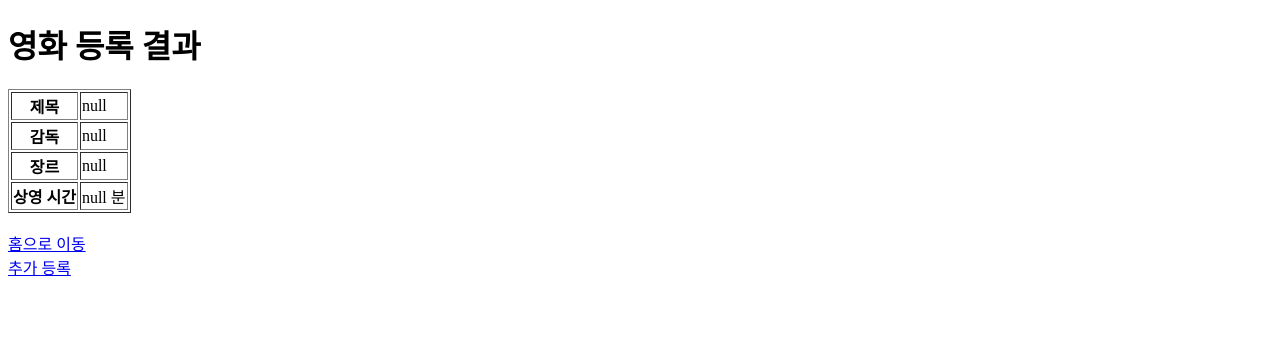
Repository: s00ngle/SSAFY-BE
Page: http://localhost/back_db_ws_01_2/regist_result.jsp
An editor plug-in stored every save of this project. The page is shown before and after the next save, followed by the edit.
The browser window is 1280 px wide. The pictures show the whole page.
The page is served by Tomcat 10. The template is opened directly, without the code that normally fills it, so the values that code supplies are empty.

Above is the page before, as saved 2024-09-24 04:23:27.

After the next save:
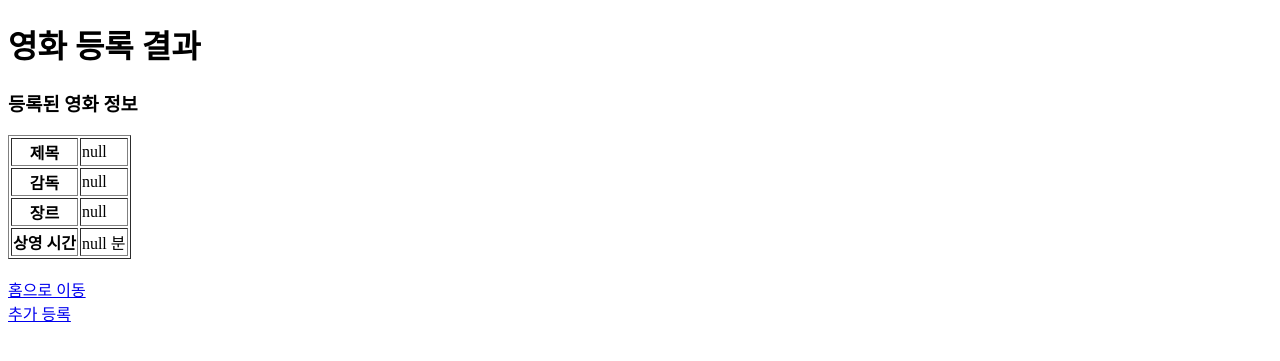
Saved 26 s later.
--- a/back_db_ws_01_2/src/main/webapp/regist_result.jsp
+++ b/back_db_ws_01_2/src/main/webapp/regist_result.jsp
@@ -7,6 +7,7 @@
 </head>
 <body>
     <h1>영화 등록 결과</h1>
+    <h3>등록된 영화 정보</h3>
     <table border="1">
         <tr>
             <th>제목</th>
